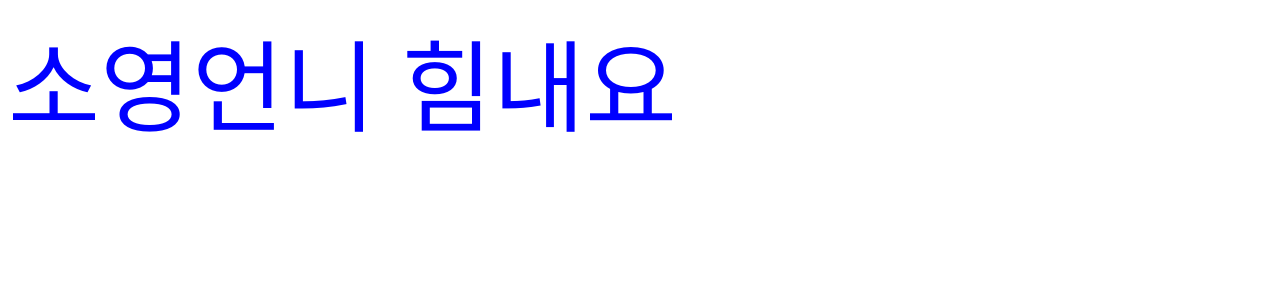
Repository: hyejux/jsp
Page: JSPBasic/src/main/webapp/html/hello1.html
An editor plug-in stored every save of this project. The page is shown before and after the next save, followed by the edit.
The browser window is 1280 px wide. The pictures show the whole page.

Above is the page before, as saved 2024-06-24 07:34:02.

### JSPBasic/src/main/webapp/html/hello1.html
<!DOCTYPE html>
<html>
<head>
<meta charset="UTF-8">
<title>Insert title here</title>
</head>

<style>
 div {
	font-size : 100px;
	color : blue;
 }
</style>
<body>
	<div> 소영언니 힘내요 </div>
</body>
</html>

After the next save:
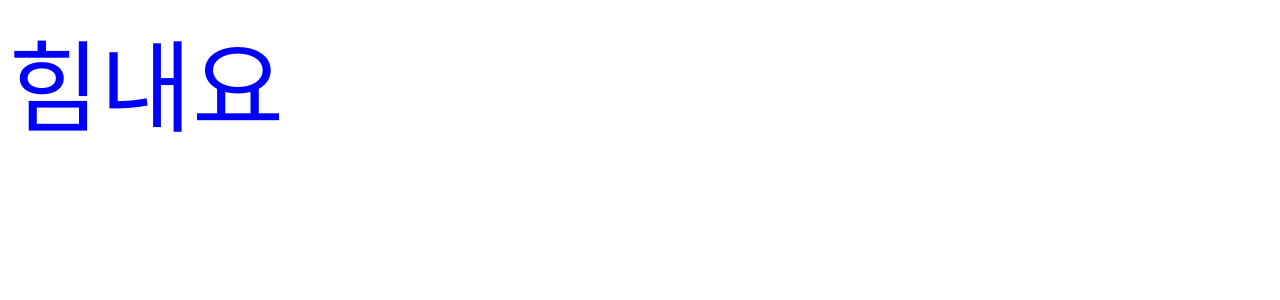
Saved 16 min 18 s later.
--- a/JSPBasic/src/main/webapp/html/hello1.html
+++ b/JSPBasic/src/main/webapp/html/hello1.html
@@ -12,6 +12,6 @@
  }
 </style>
 <body>
-	<div> 소영언니 힘내요 </div>
+	<div>  힘내요 </div>
 </body>
 </html>
